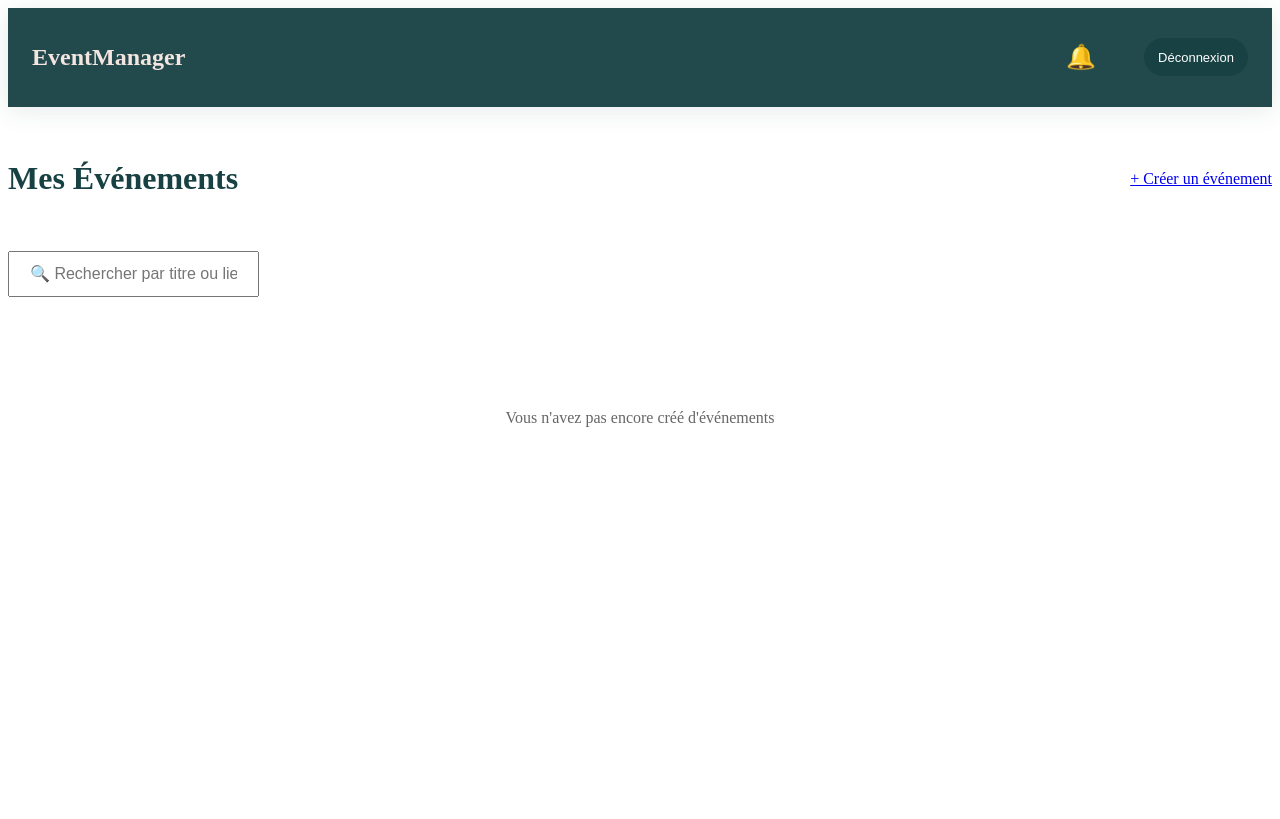
Repository: RADJA-A/DahiliRadja_Pjt_IW
Page: /organisateur/mes-evenements (app in Front/gerement/)
An editor plug-in stored every save of this project. The page is shown before and after the next save, followed by the edit.
The browser window is 1280 px wide. The pictures show the whole page.
The project was rebuilt for these pictures with package versions that can differ from the ones it lists, and the page was loaded fresh each time. Also part of the build but not shown: Front/gerement/angular.json, Front/gerement/src/app/pages/home/home.component.ts, Front/gerement/src/app/components/avantages/avantages.component.ts, Front/gerement/src/app/components/procedure/procedure.component.ts, Front/gerement/src/app/components/services/services.component.ts, Front/gerement/src/app/pages/login/login.component.ts, Front/gerement/src/app/core/services/auth.service.ts, Front/gerement/src/app/pages/signin/signin.component.ts and 9 more.

Above is the page before, as saved 2025-12-10 17:13:10.

After the next save:
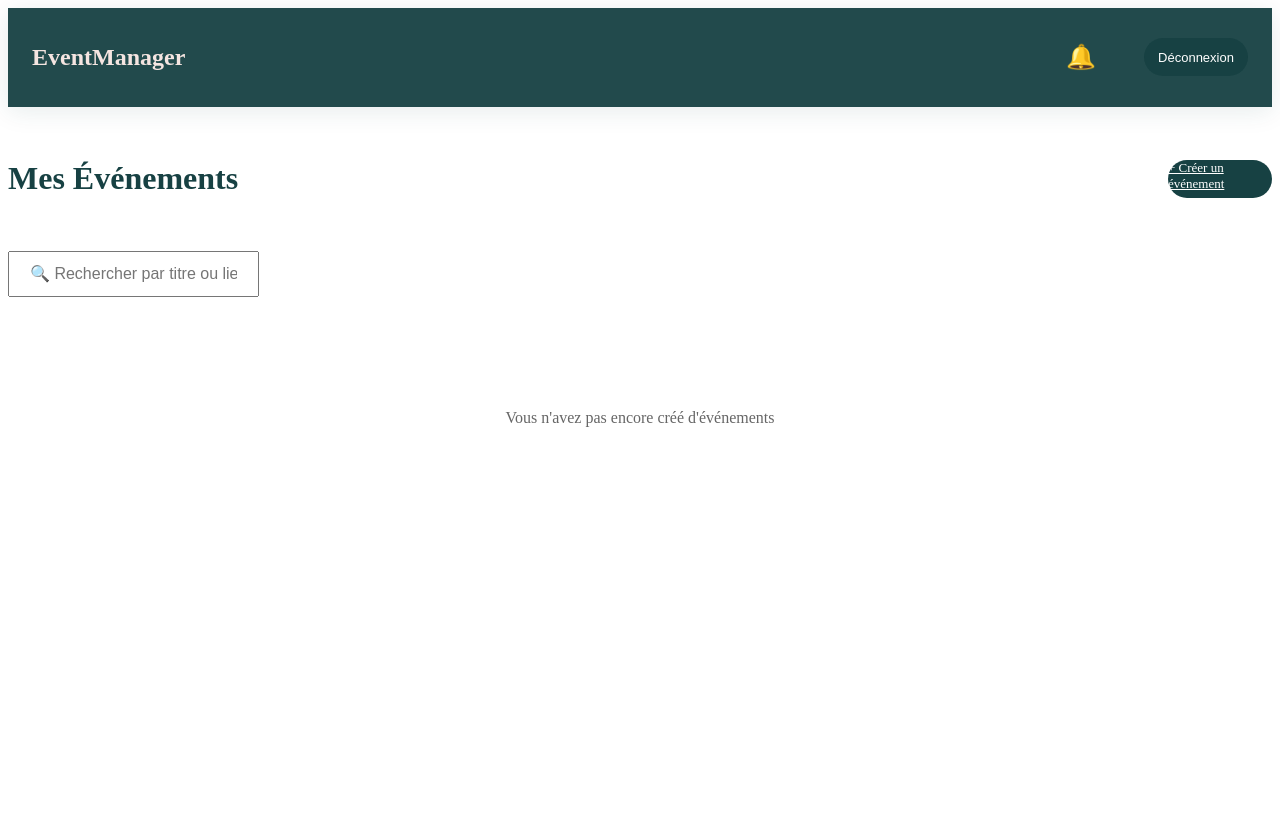
Saved 77 s later.
--- a/Front/gerement/src/app/pages/organisateur/mes-evenements/mes-evenements.component.css
+++ b/Front/gerement/src/app/pages/organisateur/mes-evenements/mes-evenements.component.css
@@ -124,7 +124,7 @@
   font-size: 18px;
 }
 
-.btn btn-primary{
+.btn.btn-primary{
     border: none;
     border-radius: 50px;
      background-color:  #174143;
@@ -134,7 +134,7 @@
     font-size: 13px;
 }
 
-.btn btn-primary:hover{
+.btn.btn-primary :hover{
     cursor: pointer;
     transition : 0.2s ease-in-out  ;
     background-color:  #F5E5E1;
